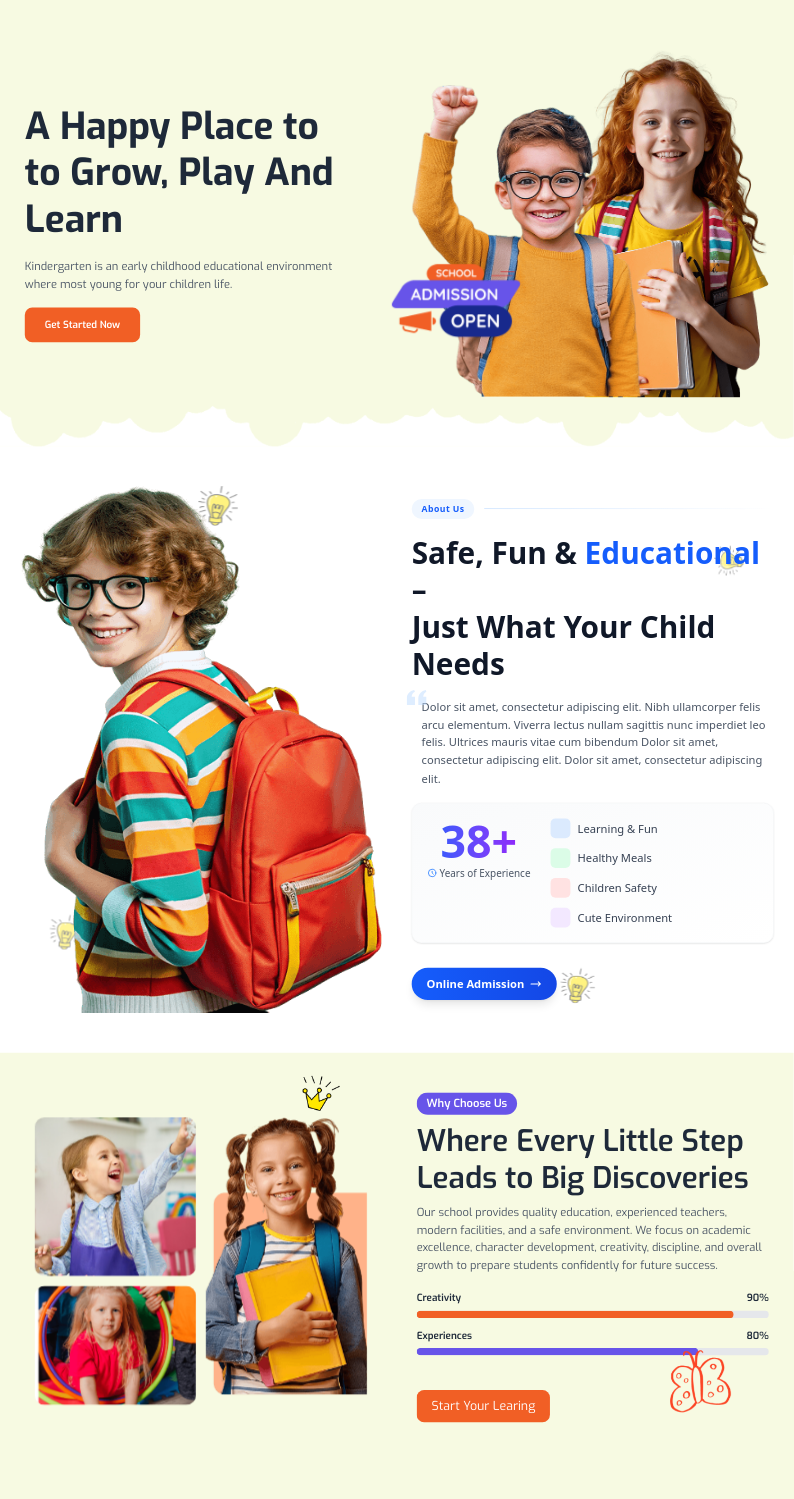
Repository: deepak445566/school
Page: / (app in okwork/)
The author's editor kept a copy of each file at every save. The page is drawn from the files as they stood at one save, then again after the next save.
The browser window is 1280 px wide. The pictures show the whole page, at 62% of full size.
Some web fonts or font styles are not loaded; a fallback is used. The project was rebuilt for these pictures with package versions that can differ from the ones it lists, and the page was loaded fresh each time. Some packages were replaced by stand-ins written for this rebuild. Also part of the build but not shown: okwork/vite.config.js.

Above is the page before, as saved 2026-02-18 19:14:38.

### okwork/index.html
<!doctype html>
<html lang="en">
  <head>
    <meta charset="UTF-8" />
    <link rel="icon" type="image/svg+xml" href="/vite.svg" />
    <meta name="viewport" content="width=device-width, initial-scale=1.0" />
    <title>okwork</title>
    <link rel="preconnect" href="https://fonts.googleapis.com">
<link rel="preconnect" href="https://fonts.gstatic.com" crossorigin>
<link href="https://fonts.googleapis.com/css2?family=Abril+Fatface&family=Alan+Sans:wght@300..900&family=Big+Shoulders:opsz,wght@10..72,100..900&family=Exo+2:ital,wght@0,100..900;1,100..900&family=Exo:ital,wght@0,100..900;1,100..900&family=Montserrat:ital,wght@0,100..900;1,100..900&family=Orbitron:wght@400..900&family=Poppins:ital,wght@0,100;0,200;0,300;0,400;0,500;0,600;0,700;0,800;0,900;1,100;1,200;1,300;1,400;1,500;1,600;1,700;1,800;1,900&family=Prata&family=Rajdhani:wght@300;400;500;600;700&display=swap" rel="stylesheet">
  </head>
  <body>
    <div id="root"></div>
    <script type="module" src="/src/main.jsx"></script>
  </body>
</html>

### okwork/src/index.css
@import "tailwindcss";


.exo {
  font-family: "Exo", sans-serif;

  font-style: normal;
}

### okwork/src/App.jsx
import React from 'react'
import Home from './components/Home'
import About from './components/About'
import WhyChooseUs from './components/WhyChooseUs'

function App() {
  return (
    <>
    <Home/>
    <About/>
    <WhyChooseUs/>
    </>
  )
}

export default App

### okwork/src/components/Home.jsx
import React from "react";

const Home = () => {
  // Image URL - using a high-quality free image
  const imageUrl =
    "/images/hero1.png";
  const kalagiImageUrl = "/images/text.png";
  return (
    <div className="min-h-screen bg-[#F7FAE2] overflow-hidden exo relative ">
      {/* Main container - centered with responsive padding */}
      <div className="container mx-auto px-6 py-12 md:px-12 lg:px-10 min-h-screen flex items-center relative z-10">

        {/* Flex container: column on mobile, row on desktop */}
        <div className="flex flex-col md:flex-row items-center gap-12 lg:gap-5 w-full">

          {/* LEFT SECTION: 40% width */}
          <div className="w-full md:w-[45%] text-center md:text-left space-y-6 md:space-y-6">
            {/* Heading with gradient effect */}
            <h1 className="text-4xl text-gray-800 md:text-5xl lg:text-6xl font-bold leading-tight exo">
             A Happy Place to
              <br />
              <span className="text-gray-800">to Grow, Play And </span>
              <br />
              <span className="text-gray-800">   Learn</span>
            </h1>

            {/* Paragraph description */}
            <p className="text-lg md:text-lg text-gray-600 max-w-2xl mx-auto md:mx-0">
           Kindergarten is an early childhood educational environment where
most young for your children life.
            </p>

            {/* Button with hover effects */}
            <div className="flex justify-center md:justify-start">
              <button className="group relative px-8 py-4 bg-[#F15F25] text-white font-semibold rounded-xl float hover:shadow-xl hover:transform hover:-translate-y-1 transition-all duration-300 ease-in-out">
                <span className="relative z-10">Get Started Now</span>
              </button>
            </div>
          </div>

          {/* RIGHT SECTION: 60% width */}
          <div className="w-full md:w-[55%] flex justify-center md:justify-end">
            <div className="relative w-full max-w-md lg:max-w-xl ">
              {/* Main image */}
              <img
                src={imageUrl}
                alt="Team collaboration in modern workspace"
                className="relative z-10 w-full h-auto rounded-2xl object-cover "
              />
               <img
                src={kalagiImageUrl}
                alt="Decorative element"
                className="absolute bottom-0 left-7 lg:left-0 z-20 w-24 h-24 md:w-52 md:h-52 object-contain -translate-x-4 -translate-y-4 animate-bounce-slow"
              />
            </div>
          </div>
        </div>

      </div>
        <div className=" absolute bottom-0  z-1000">
          <img src="/images/hero-line.png" className="w-full"/>
        </div>

      {/* Add custom animation keyframes */}
       <style jsx>{`
        @keyframes blob {
          0% { transform: translate(0px, 0px) scale(1); }
          33% { transform: translate(30px, -50px) scale(1.1); }
          66% { transform: translate(-20px, 20px) scale(0.9); }
          100% { transform: translate(0px, 0px) scale(1); }
        }

        @keyframes float {
          0% {
            transform: translateY(0px);
          }
          50% {
            transform: translateY(-20px);
          }
          100% {
            transform: translateY(0px);
          }
        }

        @keyframes bounce-slow {
          0%, 100% {
            transform: translate(-1rem, -1rem) translateY(0);
          }
          50% {
            transform: translate(-1rem, -1rem) translateY(-20px);
          }
        }

        .animate-blob {
          animation: blob 7s infinite;
        }

        .animate-float {
          animation: float 6s ease-in-out infinite;
        }

        .animate-bounce-slow {
          animation: bounce-slow 4s ease-in-out infinite;
        }

        .animation-delay-2000 {
          animation-delay: 2s;
        }
      `}</style>
    </div>
  );
};

export default Home;

### okwork/src/components/About.jsx
import React from 'react';

// Import images at the top for easy path management


const About = () => {
  const bulbIcon =
    "/images/tubelight.png";
    const starIcon =
    "/images/tubelight.png";
    const aboutImage =
    "/images/about-1.png";
  return (
    <div className="max-w-7xl mx-auto px-4 sm:px-6 lg:px-8 py-12 md:py-16 relative">
      {/* Animated elements - increased size */}
      <div className="absolute top-20 left-1/4 animate-bounce">
        <img src={bulbIcon} alt="bulb" className="w-16 h-16 opacity-50" />
      </div>
      <div className="absolute bottom-20 right-1/4 animate-pulse">
        <img src={starIcon} alt="star" className="w-14 h-14 opacity-50" />
      </div>
      <div className="absolute top-40 right-20 animate-spin-slow">
        <img src={starIcon} alt="star" className="w-12 h-12 opacity-40" />
      </div>
      <div className="absolute bottom-40 left-20 animate-float">
        <img src={bulbIcon} alt="bulb" className="w-14 h-14 opacity-40" />
      </div>

      <div className="flex flex-col lg:flex-row gap-8 lg:gap-12 items-center relative z-10">
        {/* Left side - Image */}
        <div className="lg:w-1/2 w-full">
          <img
            src={aboutImage}
            alt="About Us"
            className="w-full h-auto rounded-lg object-cover "
          />
        </div>

        {/* Right side - Content */}
        <div className="lg:w-1/2 w-full space-y-6">
          {/* About Us Label with decorative line */}
          <div className="flex items-center gap-4">
            <span className="text-sm font-semibold text-blue-600 tracking-wider bg-blue-50 px-4 py-1.5 rounded-full">
              About Us
            </span>
            <div className="h-px flex-1 bg-gradient-to-r from-blue-200 to-transparent"></div>
          </div>

          {/* Main Heading */}
          <h1 className="font-helvetica text-4xl md:text-5xl font-bold text-gray-900 leading-tight">
            Safe, Fun & <span className="text-blue-600">Educational</span> –<br />
            Just What Your Child Needs
          </h1>

          {/* Description with quote icon */}
          <div className="relative">
            <svg className="absolute -top-4 -left-2 w-8 h-8 text-blue-200 opacity-50" fill="currentColor" viewBox="0 0 24 24">
              <path d="M14.017 21v-7.391c0-5.704 3.731-9.57 8.983-10.609l.995 2.151c-2.432.917-3.995 3.638-3.995 5.849h4v10h-9.983zm-14.017 0v-7.391c0-5.704 3.748-9.57 9-10.609l.996 2.151c-2.433.917-3.996 3.638-3.996 5.849h3.983v10h-9.983z" />
            </svg>
            <p className="text-gray-600 text-base md:text-lg leading-relaxed pl-4">
              Dolor sit amet, consectetur adipiscing elit. Nibh ullamcorper felis arcu elementum.
              Viverra lectus nullam sagittis nunc imperdiet leo felis. Ultrices mauris vitae cum
              bibendum Dolor sit amet, consectetur adipiscing elit. Dolor sit amet, consectetur
              adipiscing elit.
            </p>
          </div>

          {/* Stats and Features - Improved UI */}
          <div className="bg-gradient-to-br from-gray-50 to-white p-6 rounded-2xl border border-gray-100 shadow-sm">
            <div className="flex flex-wrap items-start gap-8">
              {/* Left side - 38+ Experience with improved styling */}
              <div className="flex-shrink-0 text-center">
                <div className="text-6xl md:text-7xl font-bold text-transparent bg-clip-text bg-gradient-to-r from-blue-600 to-purple-600">
                  38+
                </div>
                <div className="text-gray-600 mt-1 font-medium flex items-center gap-1">
                  <svg className="w-4 h-4 text-blue-500" fill="none" stroke="currentColor" viewBox="0 0 24 24">
                    <path strokeLinecap="round" strokeLinejoin="round" strokeWidth={2} d="M12 8v4l3 3m6-3a9 9 0 11-18 0 9 9 0 0118 0z" />
                  </svg>
                  Years of Experience
                </div>
              </div>

              {/* Right side - Features list with improved styling */}
              <div className="space-y-4 flex-1">
                {/* Learning & Fun */}
                <div className="flex items-center gap-3 group hover:translate-x-1 transition-transform duration-300">
                  <div className="w-8 h-8 bg-blue-100 rounded-lg flex items-center justify-center group-hover:bg-blue-200 transition-colors">

                  </div>
                  <span className="text-gray-700 text-lg font-medium">Learning & Fun</span>
                </div>

                {/* Healthy Meals */}
                <div className="flex items-center gap-3 group hover:translate-x-1 transition-transform duration-300">
                  <div className="w-8 h-8 bg-green-100 rounded-lg flex items-center justify-center group-hover:bg-green-200 transition-colors">

                  </div>
                  <span className="text-gray-700 text-lg font-medium">Healthy Meals</span>
                </div>

                {/* Children Safety */}
                <div className="flex items-center gap-3 group hover:translate-x-1 transition-transform duration-300">
                  <div className="w-8 h-8 bg-red-100 rounded-lg flex items-center justify-center group-hover:bg-red-200 transition-colors">

                  </div>
                  <span className="text-gray-700 text-lg font-medium">Children Safety</span>
                </div>

                {/* Cute Environment */}
                <div className="flex items-center gap-3 group hover:translate-x-1 transition-transform duration-300">
                  <div className="w-8 h-8 bg-purple-100 rounded-lg flex items-center justify-center group-hover:bg-purple-200 transition-colors">

                  </div>
                  <span className="text-gray-700 text-lg font-medium">Cute Environment</span>
                </div>
              </div>
            </div>
          </div>

          {/* Online Admission Link with improved styling */}
          <div className="pt-4">
            <a
              href="#"
              className="inline-flex items-center gap-2 text-lg font-semibold text-white bg-gradient-to-r from-blue-600 to-blue-700 hover:from-blue-700 hover:to-blue-800 px-6 py-3 rounded-full shadow-lg hover:shadow-xl transition-all duration-300 group"
            >
              Online Admission
              <svg className="w-5 h-5 group-hover:translate-x-1 transition-transform" fill="none" stroke="currentColor" viewBox="0 0 24 24">
                <path strokeLinecap="round" strokeLinejoin="round" strokeWidth={2} d="M17 8l4 4m0 0l-4 4m4-4H3" />
              </svg>
            </a>
          </div>
        </div>
      </div>

      {/* Add custom animations to your global CSS */}
      <style jsx>{`
        @keyframes spin-slow {
          from {
            transform: rotate(0deg);
          }
          to {
            transform: rotate(360deg);
          }
        }
        .animate-spin-slow {
          animation: spin-slow 8s linear infinite;
        }

        @keyframes float {
          0%, 100% {
            transform: translateY(0px);
          }
          50% {
            transform: translateY(-20px);
          }
        }
        .animate-float {
          animation: float 5s ease-in-out infinite;
        }
      `}</style>
    </div>
  );
};

export default About;

### okwork/src/components/WhyChooseUs.jsx
import React from "react";

const WhyChooseUs = () => {
  return (
    <div className="min-h-screen bg-[#F7FAE2] overflow-hidden exo py-16">
      <div className="container mx-auto px-6 md:px-12 lg:px-10">

        {/* Flex container: column on mobile, row on desktop */}
        <div className="flex flex-col md:flex-row items-center gap-12 lg:gap-16">

          {/* LEFT SECTION - Pinterest style 3 images */}
          <div className="w-full md:w-1/2 relative">
            <div className="grid grid-cols-2 gap-4 lg:p-4">
              {/* Left column - 2 images stacked */}
              <div className="space-y-4">
                {/* Top left image */}
                <div className="relative overflow-hidden rounded-2xl transition-all duration-300 transform hover:-translate-y-1">
                  <img
                    src="/images/choose2.jpg" // Replace with your image path
                    alt="Pinterest style 1"
                    className="w-full h-64 object-cover"
                  />
                </div>

                {/* Bottom left image */}
                <div className="relative overflow-hidden rounded-2xl transition-all duration-300 transform hover:-translate-y-1">
                  <img
                    src="/images/choose1.png" // Replace with your image path
                    alt="Pinterest style 2"
                    className="w-full h-48 object-cover"
                  />
                </div>
              </div>

              {/* Right column - 1 tall image */}
              <div className="relative overflow-hidden rounded-2xl transition-all duration-300 transform hover:-translate-y-1 ">
                <img
                  src="/images/choose3.png" // Replace with your image path
                  alt="Pinterest style 3"
                  className="w-full h-[28rem] object-cover"
                />
              </div>
            </div>
            <div>
             <img
                src="/images/coun-shape.png"
                alt="Decorative element"
                className="absolute top-0 -right-5 lg:right-7  z-20 w-13 h-13 md:w-15 md:h-15 object-contain -translate-x-4 -translate-y-4 animate-bounce-slow "
              />
            </div>
          </div>

          {/* RIGHT SECTION - Content (same as before) */}
          <div className="w-full md:w-1/2 space-y-3 exo relative">
            {/* Small heading */}
            <h2 className="text-white bg-[#6754E9] rounded-4xl w-fit  text-lg  px-4  py-1 font-semibold ">
              Why Choose Us
            </h2>

            {/* Main heading */}
            <h1 className="text-3xl md:text-4xl lg:text-5xl font-semibold text-gray-800 leading-tight">
              Where Every Little Step <br />
              Leads to Big Discoveries
            </h1>

            {/* Description */}
            <p className="text-gray-600 text-base md:text-lg max-w-2xl ">
             Our school provides quality education, experienced teachers, modern facilities, and a safe environment. We focus on academic excellence, character development, creativity, discipline, and overall growth to prepare students confidently for future success.
            </p>

            {/* Early Learning section */}
            <div className="space-y-4 pt-4">


              {/* Progress bars */}
              <div className="space-y-4 pt-">
                {/* Creativity */}
                <div className="space-y-2">
                  <div className="flex justify-between items-center">
                    <span className="text-gray-800 font-semibold">Creativity</span>
                    <span className="text-gray-800 font-semibold">90%</span>
                  </div>
                  <div className="w-full h-3 bg-gray-200 rounded-full overflow-hidden">
                    <div
                      className="h-full bg-[#F15F25] rounded-full"
                      style={{ width: '90%' }}
                    ></div>
                  </div>
                </div>

                {/* Experiences */}
                <div className="space-y-2">
                  <div className="flex justify-between items-center">
                    <span className="text-gray-800 font-semibold">Experiences</span>
                    <span className="text-gray-800 font-semibold">80%</span>
                  </div>
                  <div className="w-full h-3 bg-gray-200 rounded-full overflow-hidden">
                    <div
                      className="h-full bg-[#6754E9] rounded-full"
                      style={{ width: '80%' }}
                    ></div>
                  </div>
                </div>
              </div>
               <button className="group relative px-6 py-3 bg-[#F15F25] text-xl text-white  rounded-xl float hover:shadow-xl hover:transform hover:-translate-y-1 transition-all duration-300 ease-in-out mt-10">
                <span className="relative z-10">Start Your Learing</span>
              </button>
            </div>
            <div>
              <img
                src="/images/butarfly.png"
                alt="Decorative element"
                className="absolute -bottom-6 -right-5 lg:right-7  z-20 w-17 h-17 md:w-25 md:h-25 object-contain -translate-x-4 -translate-y-4 animate-bounce-slow "
              />
            </div>
          </div>
        </div>

      </div>
    </div>
  );
};

export default WhyChooseUs;

Loaded but not shown: okwork/src/main.jsx (common file)

After the next save:
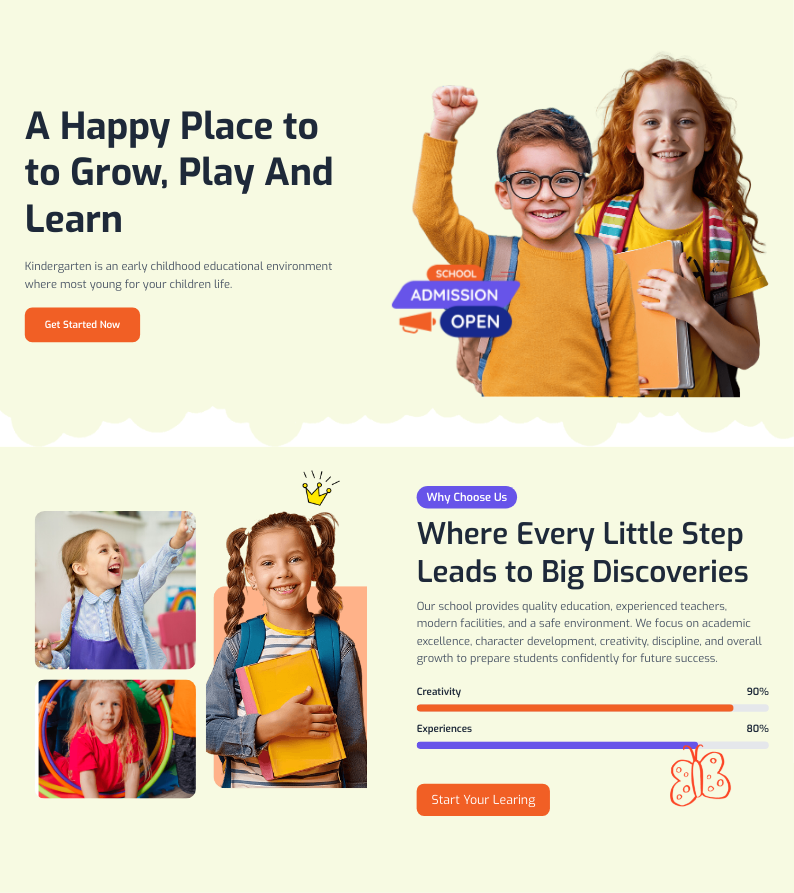
Saved 22 s later.
--- a/okwork/src/App.jsx
+++ b/okwork/src/App.jsx
@@ -7,7 +7,7 @@ function App() {
   return (
     <>
     <Home/>
-    <About/>
+
     <WhyChooseUs/>
     </>
   )
